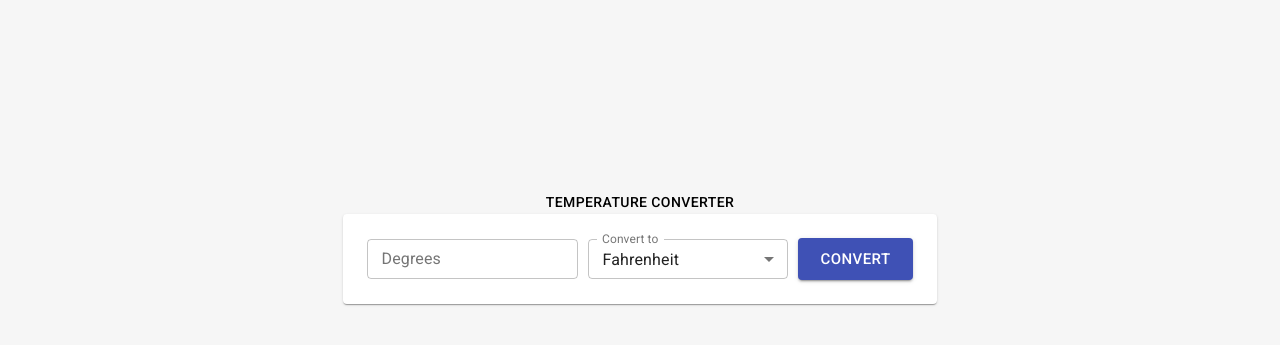
Repository: zum281/temperature-converter
Page: /
An editor plug-in stored every save of this project. The page is shown before and after the next save, followed by the edit.
The browser window is 1280 px wide. The pictures show the whole page.
The project was rebuilt for these pictures with package versions that can differ from the ones it lists, and the page was loaded fresh each time. Also part of the build but not shown: src/components/Result.js.

Above is the page before, as saved 2021-07-09 14:53:44.

### public/index.html
<!DOCTYPE html>
<html lang="en">

  <head>
    <meta charset="utf-8" />
    <link rel="icon" href="%PUBLIC_URL%/favicon.ico" />
    <meta name="viewport" content="width=device-width, initial-scale=1" />
    <meta name="theme-color" content="#000000" />
    <meta name="description" content="Web site created using create-react-app" />
    <link rel="apple-touch-icon" href="%PUBLIC_URL%/logo192.png" />
    <!--
      manifest.json provides metadata used when your web app is installed on a
      user's mobile device or desktop. See https://developers.google.com/web/fundamentals/web-app-manifest/
    -->
    <link rel="manifest" href="%PUBLIC_URL%/manifest.json" />
    <!--
      Notice the use of %PUBLIC_URL% in the tags above.
      It will be replaced with the URL of the `public` folder during the build.
      Only files inside the `public` folder can be referenced from the HTML.

      Unlike "/favicon.ico" or "favicon.ico", "%PUBLIC_URL%/favicon.ico" will
      work correctly both with client-side routing and a non-root public URL.
      Learn how to configure a non-root public URL by running `npm run build`.
    -->
    <link rel="stylesheet" href="https://fonts.googleapis.com/css?family=Roboto:300,400,500,700&display=swap" />
    <title>Temperature Converter</title>
  </head>

  <body>
    <noscript>You need to enable JavaScript to run this app.</noscript>
    <div id="root"></div>
    <!--
      This HTML file is a template.
      If you open it directly in the browser, you will see an empty page.

      You can add webfonts, meta tags, or analytics to this file.
      The build step will place the bundled scripts into the <body> tag.

      To begin the development, run `npm start` or `yarn start`.
      To create a production bundle, use `npm run build` or `yarn build`.
    -->
  </body>

</html>

### src/index.css
body {
    background-color: #f6f6f6;
}

/* Chrome, Safari, Edge, Opera */
input::-webkit-outer-spin-button,
input::-webkit-inner-spin-button {
    -webkit-appearance: none;
    margin: 0;
}

/* Firefox */
input[type="number"] {
    -moz-appearance: textfield;
}

### src/App.js
import { makeStyles } from "@material-ui/core/styles";
import { Typography } from "@material-ui/core";
import Calculator from "./components/Calculator";

const useStyles = makeStyles((theme) => {
    return {
        root: {
            display: "flex",
            flexDirection: "column",
            alignItems: "center",
            justifyContent: "center",
            marginTop: "15%",
        },
    };
});
function App() {
    const classes = useStyles();
    return (
        <div className={classes.root}>
            <Typography variant="button" component="h1">
                Temperature Converter
            </Typography>
            <Calculator />
        </div>
    );
}

export default App;

### src/components/Calculator.js
import { makeStyles } from "@material-ui/core/styles";
import {
    Paper,
    Button,
    TextField,
    MenuItem,
    InputAdornment,
} from "@material-ui/core";
import { useState } from "react";
import Result from "./Result";

const useStyles = makeStyles((theme) => {
    return {
        paper: {
            padding: theme.spacing(3),
            maxWidth: "600px",
        },
        form: {
            display: "flex",
            alignItems: "center",
            justifyContent: "center",
            gap: "10px",
        },

        select: {
            minWidth: "200px",
        },
    };
});

const Calculator = () => {
    const types = ["Fahrenheit", "Celsius"];
    const classes = useStyles();
    const [type, setType] = useState(types[0]);
    const [degrees, setDegrees] = useState("");
    const [result, setResult] = useState({
        value: null,
        unit: null,
    });
    const inputNumberProps = {
        step: 0.01,
        endAdornment: <InputAdornment position="end">Kg</InputAdornment>,
    };

    const handleClick = () => {
        if (type && degrees) {
            if (type === types[1]) {
                // f to c
                let t_celsius = (degrees - 32) * (5 / 9);
                let res = {
                    value: t_celsius.toPrecision(4),
                    unit: "°C",
                };
                setResult({ ...res });
            } else {
                // c to f
                let t_fahrenheit = degrees * (9 / 5) + 32;
                let res = {
                    value: t_fahrenheit.toPrecision(4),

                    unit: "°F",
                };
                setResult({ ...res });
            }
        } else {
            console.log("error");
        }
    };
    return (
        <Paper className={classes.paper}>
            <form noValidate autoComplete="off" className={classes.form}>
                <TextField
                    type="number"
                    size="small"
                    variant="outlined"
                    label="Degrees"
                    inputProps={inputNumberProps}
                    value={degrees}
                    onChange={(event) =>
                        setDegrees(parseFloat(event.target.value))
                    }
                />

                <TextField
                    select
                    label="Convert to"
                    value={type}
                    onChange={(event) => setType(event.target.value)}
                    variant="outlined"
                    size="small"
                    className={classes.select}
                >
                    {types.map((option) => (
                        <MenuItem key={option} value={option}>
                            {option}
                        </MenuItem>
                    ))}
                </TextField>

                <Button
                    variant="contained"
                    color="primary"
                    size="large"
                    onClick={handleClick}
                >
                    convert
                </Button>
            </form>

            {result.value && <Result value={result.value} unit={result.unit} />}
        </Paper>
    );
};

export default Calculator;

Loaded but not shown: src/index.js (common file)

After the next save:
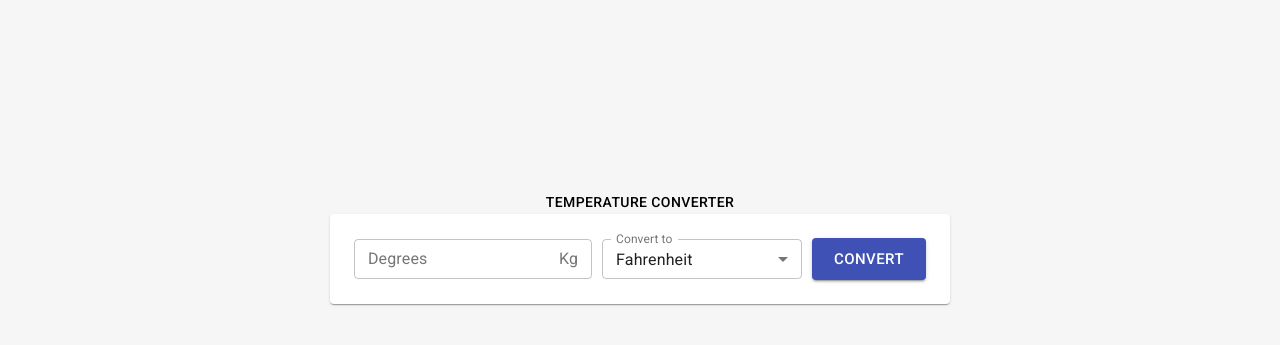
Saved 7 s later.
--- a/src/components/Calculator.js
+++ b/src/components/Calculator.js
@@ -74,7 +74,7 @@ const Calculator = () => {
                     size="small"
                     variant="outlined"
                     label="Degrees"
-                    inputProps={inputNumberProps}
+                    InputProps={inputNumberProps}
                     value={degrees}
                     onChange={(event) =>
                         setDegrees(parseFloat(event.target.value))
